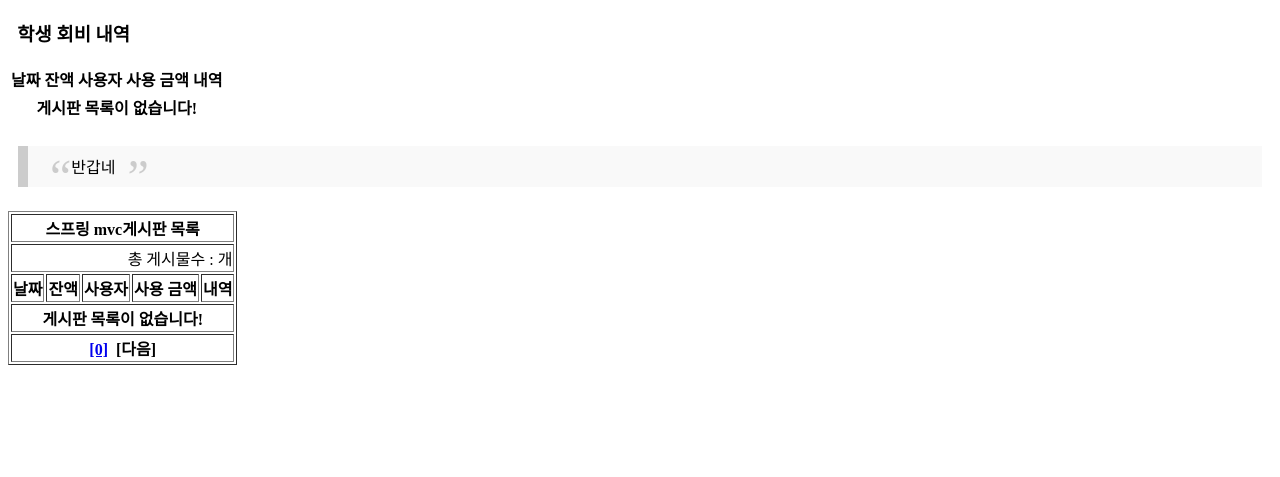
Repository: CSID-DGU/2020-1-ESCD-DOUBLE
Page: http://localhost/web/WEB-INF/views/bank/blistall.jsp
An editor plug-in stored every save of this project. The page is shown before and after the next save, followed by the edit.
The browser window is 1280 px wide. The pictures show the whole page.
Some web fonts or font styles are not loaded; a fallback is used. Some web libraries are served in a nearby version. The page is served by Tomcat 9. Nobody is signed in. The template is opened directly, without the code that normally fills it, so the values that code supplies are empty.

Above is the page before, as saved 2020-05-01 15:46:28.

After the next save:
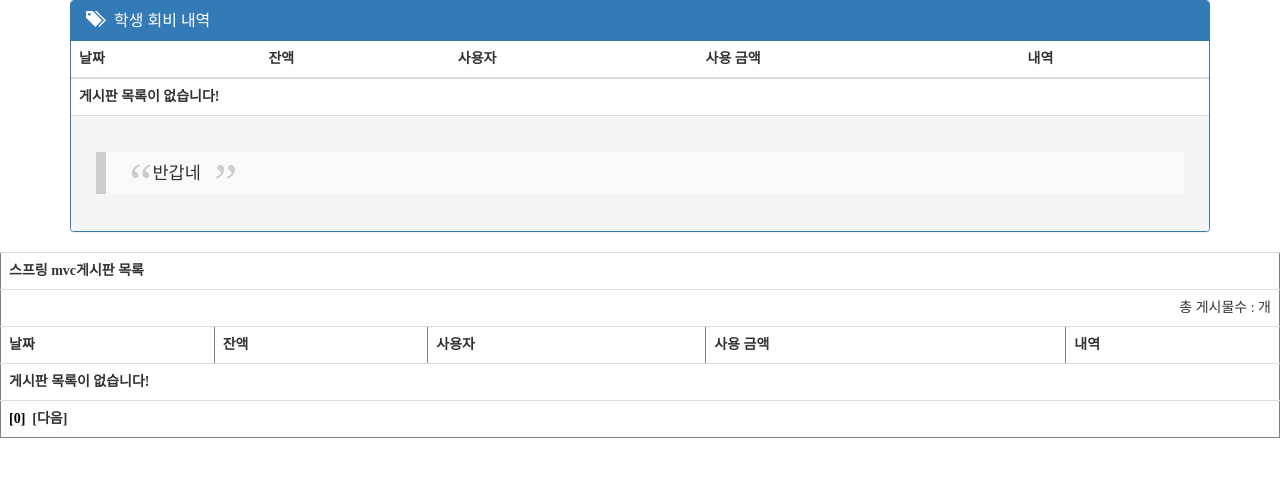
Saved 34 s later.
--- a/web/src/main/webapp/WEB-INF/views/bank/blistall.jsp
+++ b/web/src/main/webapp/WEB-INF/views/bank/blistall.jsp
@@ -4,6 +4,11 @@
 <!DOCTYPE html>
 <html>
 <head>
+<link rel="stylesheet" href="resources/css/bootstrap.css">
+<link rel="stylesheet" href="resources/css/customize.css">
+<script src="https://code.jquery.com/jquery-3.1.1.min.js"></script>
+<script src="resources/js/bootstrap.js"></script>
+
 <meta charset="UTF-8">
 <title>Insert title here</title>
 <style>
